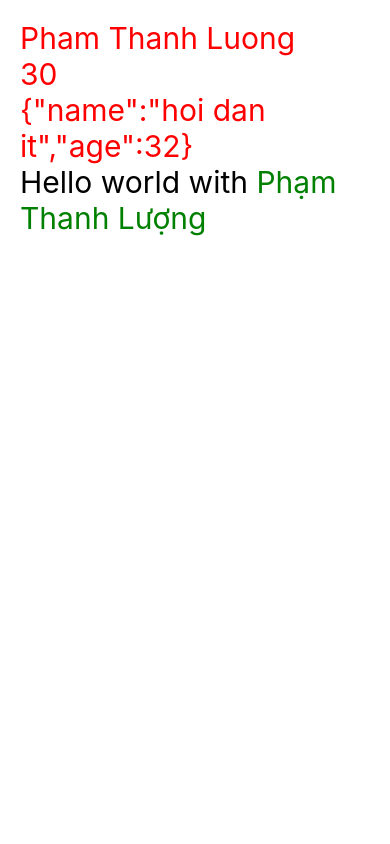
Repository: LuongPTCE181311/React-Native-Ultimate
Screen: /
These files come from the project's save history. The screen is drawn as it stood at one moment and after the next save; the edit follows.
The app was drawn by React Native's web renderer in a window 390 px wide. The project was rebuilt for these pictures with package versions that can differ from the ones it lists, and the page was loaded fresh each time. Some packages were replaced by stand-ins written for this rebuild.

Above is the screen before, as saved 2026-05-30 15:17:05.

After the next save:
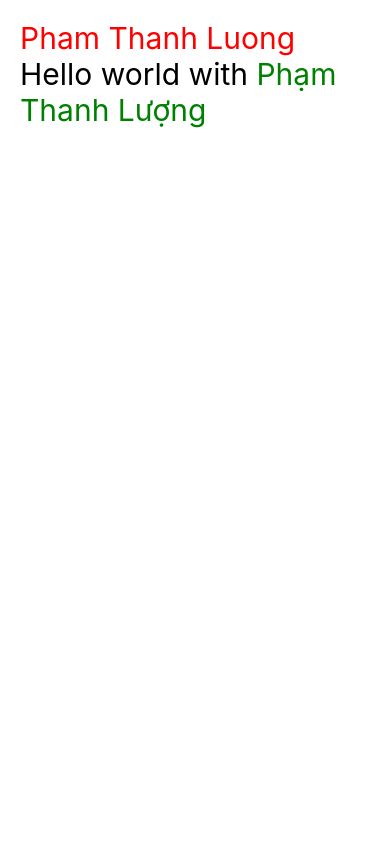
Saved 3 min 18 s later.
--- a/App.tsx
+++ b/App.tsx
@@ -19,8 +19,8 @@ export default function App() {
     <View style={styles.container}>
       <View>
         <Text style={styles.text} >{name}</Text>
-        <Text style={styles.text} >{age}</Text>
-        <Text style={styles.text} >{JSON.stringify(person)}</Text>
+        {/* <Text style={styles.text} >{age}</Text>
+        <Text style={styles.text} >{JSON.stringify(person)}</Text> */}
       </View>
       <Text style={styles.text2}>Hello world with
         <Text style={styles.greenColor}> Phạm Thanh Lượng</Text>
